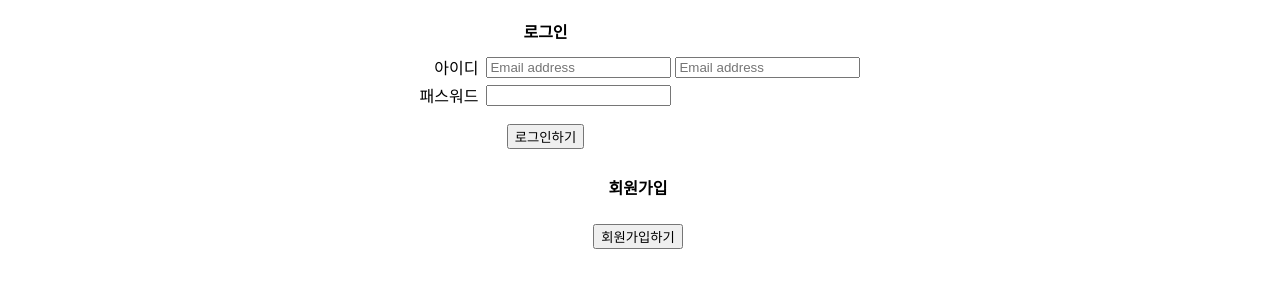
Repository: Dnut0121/2023_JSP
Page: http://localhost/Hello2/loginForm.jsp
These files come from the project's save history. The page is drawn as it stood at one moment and after the next save; the edit follows.
The browser window is 1280 px wide. The pictures show the whole page.
The page is served by Tomcat 9. Other server files are loaded and not shown.

Above is the page before, as saved 2023-11-29 03:25:24.

### 201907036_KDH/Hello2/src/main/webapp/loginForm.jsp
<%@ page language="java" contentType="text/html; charset=UTF-8"
    pageEncoding="UTF-8"%>
<!DOCTYPE html>
<html>
<head>
	<meta charset="UTF-8">
</head>
<body>
	<form action="login.jsp">
	<table align=center>
	<tr><td colspan=2 align=center height=40><b>로그인</b><td></tr>
	<tr>
		<td align=right>아이디&nbsp;</td>
		<td><input type="text" name="id" placeholder="Email address" required></td>
		<td><input type="text" name="id" placeholder="Email address" required></td>
<script type = "text/javascript">
	function id_check(id) {
		if (id=="") {
			alert("ID를 입력하세요");
			return;
		}
		url = "confirmld.jsp?id="+id;
		window.open(url, "confirm", "width=300, height=200")
	}
</script>
	</tr>
	<tr>
		<td align=right>패스워드&nbsp;</td>
		<td><input type="password" name="ps" required></td>
	</tr>
	<tr>
		<td colspan=2 align=center height=50>
			<input type="submit" value="로그인하기">
		</td>
	</tr>
	</table>
	</form>

	<form action="signupForm.jsp">
	<table align=center>
	<tr><td colspan=2 align=center height=40><b>회원가입</b><td></tr>
	<tr>
		<td colspan=2 align=center height=50>
			<input type="submit" value="회원가입하기">
		</td>
	</tr>
	</table>
	</form>
</body>
</html>

After the next save:
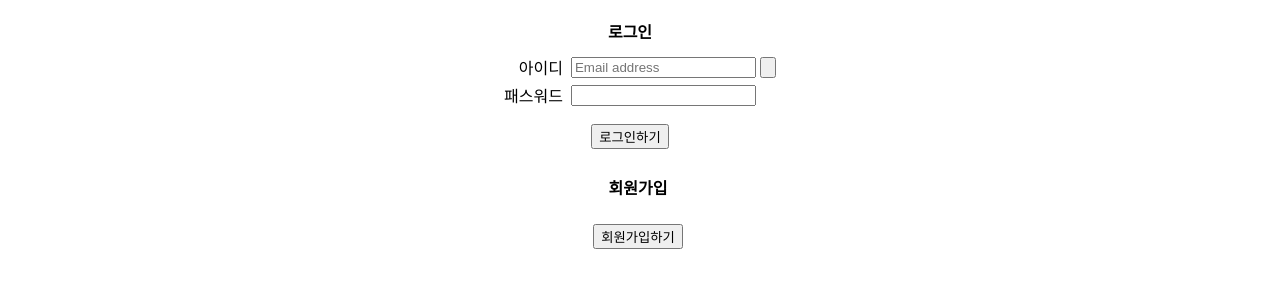
Saved 45 s later.
--- a/201907036_KDH/Hello2/src/main/webapp/loginForm.jsp
+++ b/201907036_KDH/Hello2/src/main/webapp/loginForm.jsp
@@ -12,7 +12,7 @@
 	<tr>
 		<td align=right>아이디&nbsp;</td>
 		<td><input type="text" name="id" placeholder="Email address" required></td>
-		<td><input type="text" name="id" placeholder="Email address" required></td>
+		<td><input type="button" vlaye="중복확인" onclick="id_check"></td>
 <script type = "text/javascript">
 	function id_check(id) {
 		if (id=="") {
